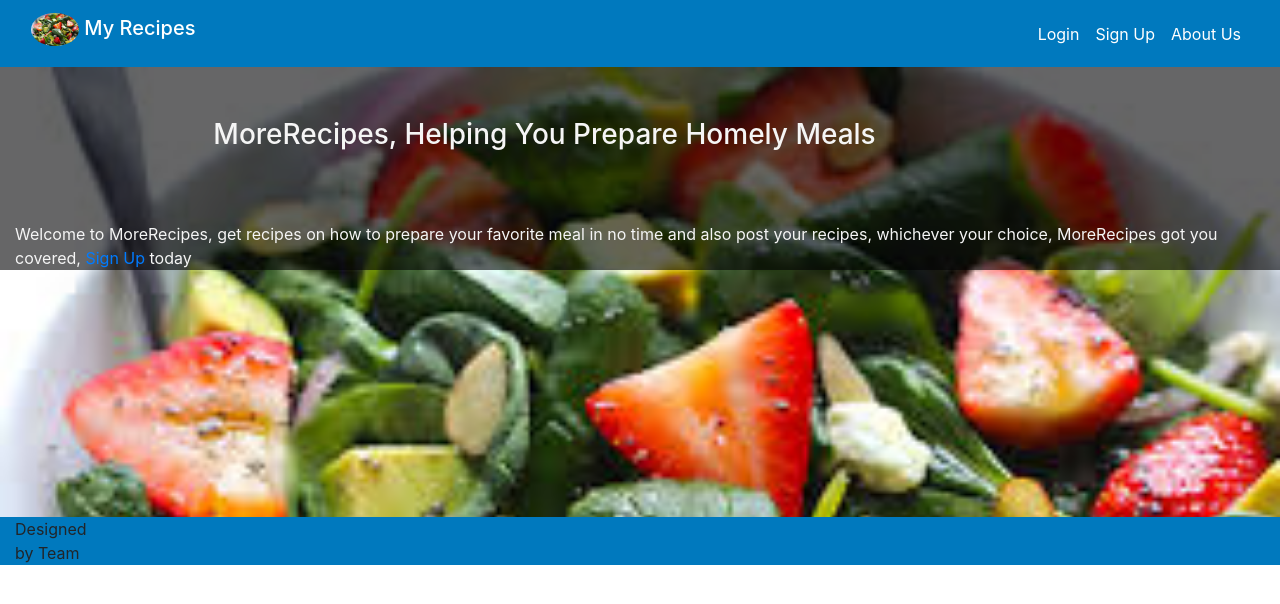
Repository: UggoPrince/more-recipes
Page: html/index.html
An editor plug-in stored every save of this project. The page is shown before and after the next save, followed by the edit.
The browser window is 1280 px wide. The pictures show the whole page.

Above is the page before, as saved 2018-07-30 07:05:54.

### html/index.html
<html lang="en">
<head>
  <meta charset="UTF-8">
  <meta name="viewport" content="width=device-width, initial-scale=1.0">
  <meta http-equiv="X-UA-Compatible" content="ie=edge">
  <link rel="stylesheet" href="https://maxcdn.bootstrapcdn.com/bootstrap/4.0.0/css/bootstrap.min.css" integrity="sha384-Gn5384xqQ1aoWXA+058RXPxPg6fy4IWvTNh0E263XmFcJlSAwiGgFAW/dAiS6JXm" crossorigin="anonymous"/>
  <style>
    main {
      background-color: rgba(0, 0, 3, 0.6);
      color: whitesmoke;
    }
    div#content {
      background-size: 100vw;
      background-repeat: no-repeat;
      background-image: url(../img/nav-image.jpg);
      background-size: cover;
      height: 450px;
      background-repeat: no-repeat;
    }
    nav {
      background-color: #0079be;
      color: white;
    }
    .nav-link {
      color: white;
    }
  </style>
  <title>My Recipes Homepage</title>
</head>
<body>
  <nav class="xnav navbar navbar-expand-lg">
    <div class="container-fluid">
      <h3 style="color: white;" class="navbar-brand">
        <img class="rounded-circle" src="../img/nav-image.jpg" style="width: 48px;" alt="logo"/>
        My Recipes
      </h3>
      <button class="navbar-toggler" type="button" data-toggle="collapse" aria-controls="navDropdown" aria-expanded="false" aria-label="Toggle Navigation" data-target="#navDropdown" >
        <span class="navbar-toggler-icon"></span>
      </button>
      <div class="collapse navbar-collapse justify-content-end brand-anchor" id="navDropdown">
        <ul class="navbar-nav">
          <li class="nav-item">
            <a class="nav-link" href="login.html">Login</a>
          </li>
          <li class="nav-item">
            <a class="nav-link" href="signup.html">Sign Up</a>
          </li>
          <li class="nav-item">
            <a class="nav-link" href="about.html">About Us</a>
          </li>
        </ul>
      </div>
    </div>
  </nav>
  <div id="content">
    <main class="container-fluid">
      <div class="row">
        <div class="offset-2 col-8;" style="margin-top: 4%;">
            <h3>MoreRecipes, Helping You Prepare Homely Meals</h3>
        </div>
      </div>
      <div style="padding-top: 5%; margin-bottom: 10%">
          Welcome to MoreRecipes, get recipes on how to prepare your favorite meal in no time and also post your recipes, whichever your choice, MoreRecipes got you covered, <a href="signup.html">Sign Up</a> today
      </div>

    </main>
  </div>
  <footer class="container-fluid" style="background-color: #0079be;">
    <div class="row">
      <div class="col-1">Designed by Team</div>
    </div>
  </footer>
</body>
</html>

After the next save:
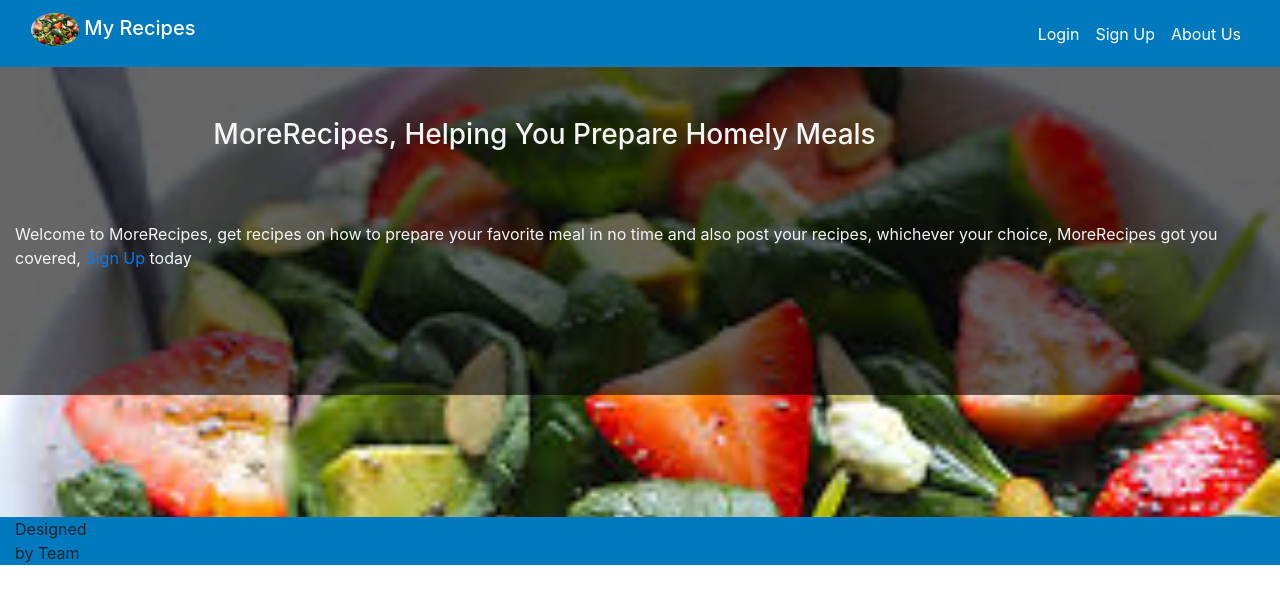
Saved 10 s later.
--- a/html/index.html
+++ b/html/index.html
@@ -59,7 +59,7 @@
             <h3>MoreRecipes, Helping You Prepare Homely Meals</h3>
         </div>
       </div>
-      <div style="padding-top: 5%; margin-bottom: 10%">
+      <div style="padding-top: 5%; padding-bottom: 10%">
           Welcome to MoreRecipes, get recipes on how to prepare your favorite meal in no time and also post your recipes, whichever your choice, MoreRecipes got you covered, <a href="signup.html">Sign Up</a> today
       </div>
 
